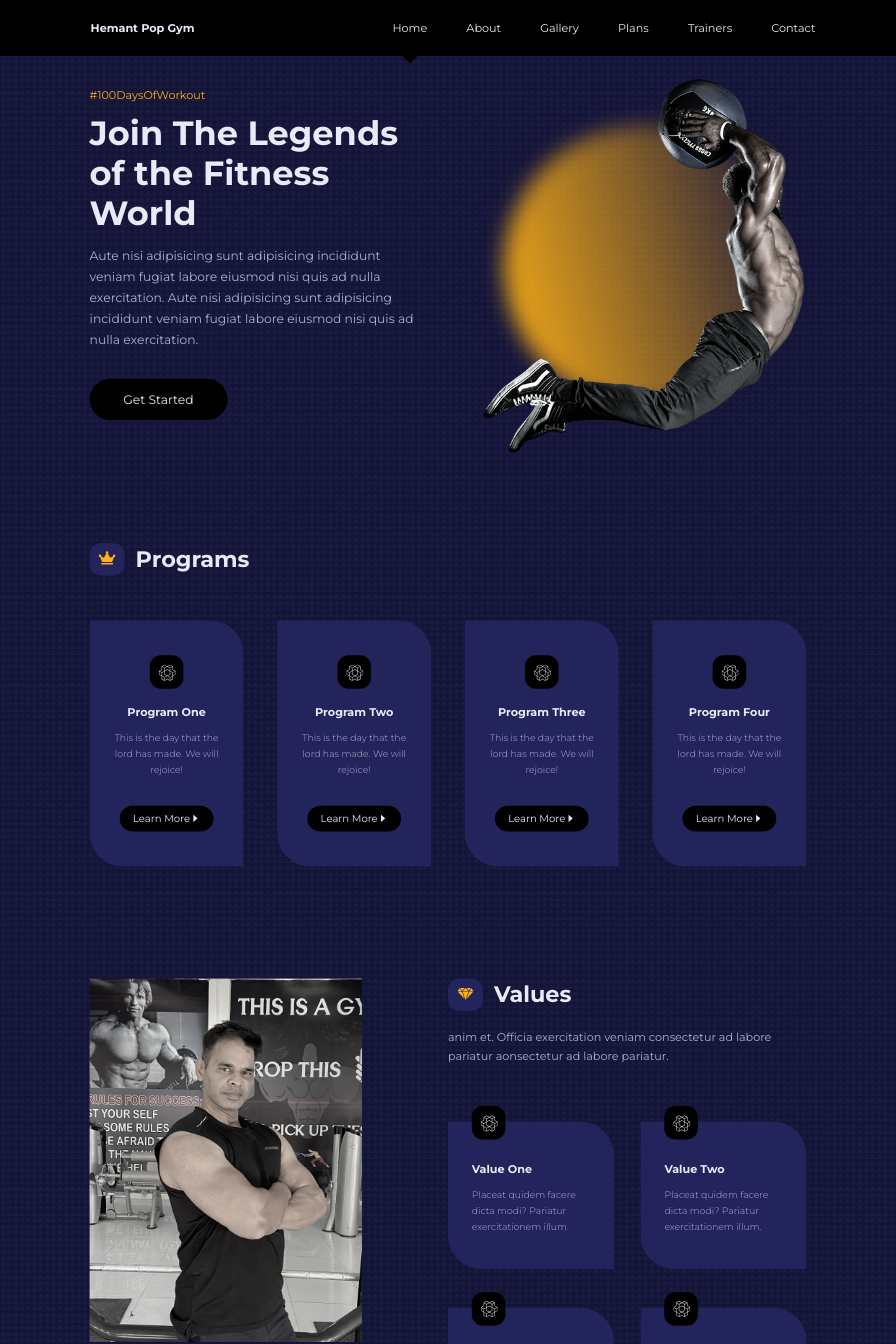
Repository: aryaMode/gym-portfolio
Page: /
An editor plug-in stored every save of this project. The page is shown before and after a run of saves, followed by the edit.
The browser window is 1280 px wide. The pictures show the part of the page from y = 0 to 1920 px (the page is 3960 px tall before and 3988 px after), at 70% of full size.
The project was rebuilt for these pictures with package versions that can differ from the ones it lists, and the page was loaded fresh each time. Also part of the build but not shown: src/pages/about/about.css, src/components/Header.jsx, src/pages/about/About.jsx, src/pages/contact/contact.css, src/pages/contact/Contact.jsx, src/pages/gallery/gallery.css, src/pages/gallery/Gallery.jsx, src/pages/notFound/notFound.css and 6 more.

Above is the page before, as saved 2023-07-20 16:25:26.

### public/index.html
<!DOCTYPE html>
<html lang="en">

<head>
    <meta charset="UTF-8">
    <meta http-equiv="X-UA-Compatible" content="IE=edge">
    <meta name="viewport" content="width=device-width, initial-scale=1.0">
    <title>Portfolio Website</title>
    <!-- GOOGLE FONTS (montserrat) -->
    <link href="https://fonts.googleapis.com/css2?family=Montserrat:wght@300;400;500;600;700&display=swap"
        rel="stylesheet">
</head>

<body>
    <div id="root"></div>
</body>

</html>

### src/App.jsx
// rafce -> shortcut to create component and export
import { BrowserRouter, Routes, Route } from "react-router-dom";
import React from "react";
import Home from "./pages/home/Home";
import About from "./pages/about/About";
import Contact from "./pages/contact/Contact";
import Gallery from "./pages/gallery/Gallery";
import NotFound from "./pages/notFound/NotFound";
import Plans from "./pages/plans/Plans";
import Trainers from "./pages/trainers/Trainers";
import Navbar from "./components/Navbar";
import Footer from "./components/Footer";

const App = () => {
	return (
		<BrowserRouter>
			<Navbar />
			<Routes>
				<Route index element={<Home />} />
				<Route path="about" element={<About />} />
				<Route path="contact" element={<Contact />} />
				<Route path="gallery" element={<Gallery />} />
				<Route path="plans" element={<Plans />} />
				<Route path="trainers" element={<Trainers />} />
				<Route path="*" element={<NotFound />} />
			</Routes>
			<Footer />
		</BrowserRouter>
	);
};

export default App;

### src/pages/home/Home.jsx
import React from "react";
import "./home.css";
import MainHeader from "../../components/MainHeader";
import Program from "../../components/Program";
import Values from "../../components/Values";
import FAQs from "../../components/FAQs";
import Testimonial from "../../components/Testimonial";
// import Footer from "../../components/Footer";

const Home = () => {
	return (
		<>
			<MainHeader />
			<Program />
			<Values />
			<FAQs />
			<Testimonial />
			{/* <Footer /> comment this out so footer wount be double */}
		</>
	);
};

export default Home;

### src/components/Navbar.jsx
import { useState } from "react";
import { Link, NavLink } from "react-router-dom";
// NavLink comes with an isactive prop which we can use to detect which page we on
// so we can have a special style for that link
import React from "react";
import Logo from "../images/logo.png";
import { links } from "../data";
import { GoThreeBars } from "react-icons/go";
import { MdOutlineClose } from "react-icons/md";
import "./navbar.css";

const Navbar = () => {
	const [isNavShowing, setIsNavShowing] = useState(false);

	const handleNavToggle = () => {
		return setIsNavShowing((prevVAlue) => {
			return !prevVAlue;
		});
	};

	return (
		<nav>
			<div className="container nav__container">
				<Link to="/" className="logo" onClick={handleNavToggle}>
					{/* <img src={Logo} alt="Nav-logo" /> */}
					<div>Hemant Pop Gym</div>
				</Link>
				<ul
					className={`nav__links ${isNavShowing ? "show__nav" : "hide__nav"}`}
				>
					{/* Destructure the links array of object from the links to get each item */}
					{links.map(({ name, path }, index) => {
						return (
							<li key={index}>
								<NavLink
									to={path}
									className={({ isActive }) => (isActive ? "active-nav" : "")}
									onClick={handleNavToggle}
								>
									{name}
								</NavLink>
							</li>
						);
					})}
				</ul>
				<button onClick={handleNavToggle} className="nav__toggle-btn">
					{isNavShowing ? <MdOutlineClose /> : <GoThreeBars />}
				</button>
			</div>
		</nav>
	);
};

export default Navbar;

// export PATH=$PATH:/home/daveworld/bin

### src/components/Footer.jsx
import React from "react";
import { Link } from "react-router-dom";
import Logo from "../images/logo.png";
import { FaLinkedin } from "react-icons/fa";
import { FaFacebookF } from "react-icons/fa";
import { AiOutlineTwitter } from "react-icons/ai";
import { AiFillInstagram } from "react-icons/ai";

const Footer = () => {
	return (
		<footer>
			<div className="container footer__container">
				<article>
					<Link to="/" className="logo">
						{/* <img src={Logo} alt="Footer Logo" /> */}
						<h1>Hemant Pop Gym</h1>
					</Link>
					<p>
						Consectetur non nostrud enim nostrud est culpa ullamco incididunt
						nisi. Consectetur non nostrud enim nostrud est culpa ullamco
						incididunt nisi.
					</p>
					<div className="footer__socials">
						<a
							href="https://www.linkedin.com/in/eniola-ademola-7386161a7/"
							target="_blank"
							rel="noreferrer noopener"
						>
							<FaLinkedin />
						</a>
						<a
							href="https://facebook.com/"
							target="_blank"
							rel="noreferrer noopener"
						>
							<FaFacebookF />
						</a>
						<a
							href="https://twitter.com/_daveworld"
							target="_blank"
							rel="noreferrer noopener"
						>
							<AiOutlineTwitter />
						</a>
						<a
							href="https://instagram.com/_daveworld"
							target="_blank"
							rel="noreferrer noopener"
						>
							<AiFillInstagram />
						</a>
					</div>
				</article>
				<article>
					<h4>Permalinks</h4>
					<Link to="/about">About</Link>
					<Link to="/plans">Plans</Link>
					<Link to="/trainers">Trainers</Link>
					<Link to="/gallery">Gallery</Link>
					<Link to="/contact">Contact</Link>
				</article>
				<article>
					<h4>Insights</h4>
					<Link to="/s">Blog</Link>
					<Link to="/s">Case Studies</Link>
					<Link to="/s">Events</Link>
					<Link to="/s">Communities</Link>
					<Link to="/constact">FAQs</Link>
				</article>
				<article>
					<h4>Get In Touch</h4>
					<Link to="/contact">Plans</Link>
					<Link to="/s">Trainers</Link>
				</article>
			</div>
			<div className="footer__copyright">
				<small> &copy; Eniola Ademola </small>
			</div>
		</footer>
	);
};

export default Footer;

### src/components/MainHeader.jsx
import React from "react";
import { Link } from "react-router-dom";
import Image from "../images/main_header.png";

const MainHeader = () => {
	return (
		<header className="main__header">
			<div className="container main__header-container">
				<div className="main__header-left">
					<h4>#100DaysOfWorkout</h4>
					<h1>Join The Legends of the Fitness World</h1>
					<p>
						Aute nisi adipisicing sunt adipisicing incididunt veniam fugiat
						labore eiusmod nisi quis ad nulla exercitation. Aute nisi
						adipisicing sunt adipisicing incididunt veniam fugiat labore eiusmod
						nisi quis ad nulla exercitation.
					</p>
					<Link to="/plans" className="btn lg">
						Get Started
					</Link>
				</div>
				<div className="main__header-right">
					<div className="main__header-circle"></div>
					<div className="main__header-image">
						<img src={Image} alt="MainHeaderImage" />
					</div>
				</div>
			</div>
		</header>
	);
};

export default MainHeader;

### src/components/Program.jsx
import React from "react";
import { FaCrown } from "react-icons/fa";
import SectionHead from "./SectionHead";
import { programs } from "../data";
import Card from "../UI/Card";
import { Link } from "react-router-dom";
import { AiFillCaretRight } from "react-icons/ai";

const Program = () => {
	return (
		<section className="programs">
			<div className="container programs container">
				<SectionHead icon={<FaCrown />} title="Programs" />

				<div className="program__wrapper">
					{programs.map(({ id, icon, title, info, path }) => {
						return (
							<Card className="programs__program" key={id}>
								<span>{icon}</span>
								<h4>{title}</h4>
								<small>{info}</small>
								<Link to={path} className="btn sm">
									Learn More <AiFillCaretRight />
								</Link>
							</Card>
						);
					})}
				</div>
			</div>
		</section>
	);
};

export default Program;

### src/components/Values.jsx
import React from "react";
import Image from "../images/values.jpg";
import SectionHead from "./SectionHead";
import { GiCutDiamond } from "react-icons/gi";
import { values } from "../data";
import Card from "../UI/Card";

const Values = () => {
	return (
		<section className="values">
			<div className="container values__container">
				<div className="values__left">
					<div className="values__image">
						<img src={Image} alt="values Image" />
					</div>
				</div>
				<div className="values__right">
					<SectionHead icon={<GiCutDiamond />} title="Values" />
					<p>
						anim et. Officia exercitation veniam consectetur ad labore pariatur
						aonsectetur ad labore pariatur.
					</p>
					<div className="values__wrapper">
						{values.map(({ id, icon, title, desc }) => {
							return (
								<Card className="values__value" key={id}>
									<span>{icon}</span>
									<h4>{title}</h4>
									<small>{desc}</small>
								</Card>
							);
						})}
					</div>
				</div>
			</div>
		</section>
	);
};

export default Values;

### src/components/FAQs.jsx
import React from "react";
import { FaQuestion } from "react-icons/fa";
import { faqs } from "../data";
import FAQ from "./FAQ";
import SectionHead from "./SectionHead";
const FAQs = () => {
	return (
		<section className="faqs">
			<div className="container faqs__container">
				<SectionHead icon={<FaQuestion />} title="FAQs" />
				<div className="faqs__wrapper">
					{faqs.map(({ id, question, answer }) => {
						return <FAQ key={id} question={question} answer={answer} />;
					})}
				</div>
			</div>
		</section>
	);
};

export default FAQs;

### src/components/Testimonial.jsx
import React, { useState } from "react";
import SectionHead from "./SectionHead";
import { ImQuotesLeft } from "react-icons/im";
import Card from "../UI/Card";
import {
	IoIosArrowDropleftCircle,
	IoIosArrowDroprightCircle,
} from "react-icons/io";
import { testimonials } from "../data";

const Testimonial = () => {
	const [index, setIndex] = useState(0);
	const { name, quote, job, avatar } = testimonials[index];

	const handlePreviousTestimonial = () => {
		setIndex((prevValue) => {
			return prevValue - 1;
		});
		if (index <= 0) {
			setIndex(testimonials.length - 1);
		}
	};
	const handleAfterTestimonial = () => {
		setIndex((prevValue) => {
			return prevValue + 1;
		});
		if (index >= testimonials.length - 1) {
			setIndex(0);
		}
	};

	return (
		<section className="testimonials">
			<div className="container testimonial__container">
				<SectionHead
					icon={<ImQuotesLeft />}
					title="Testimonials"
					className="testimonials__head"
				/>
				<Card className="testimonial">
					<div className="testimonial__avatar">
						<img src={avatar} alt={name} />
					</div>
					<p className="testimonial__quote">{`"${quote}"`}</p>
					<h5>{name}</h5>
					<small className="testimonial__title">{job}</small>
				</Card>
				<div className="testimonial__btn-container">
					<button
						className="testimonials__btn"
						onClick={handlePreviousTestimonial}
					>
						<IoIosArrowDropleftCircle />
					</button>
					<button
						className="testimonials__btn"
						onClick={handleAfterTestimonial}
					>
						<IoIosArrowDroprightCircle />
					</button>
				</div>
			</div>
		</section>
	);
};

export default Testimonial;

### src/UI/Card.jsx
import React from "react";

const Card = ({ className, children }) => {
	return <article className={`card ${className}`}>{children}</article>;
};

export default Card;

### src/components/navbar.css
nav{
    height: 5rem;
    width: 100vw; /*100% of the window/browser*/
    background: var(--color-primary);
    display: grid;
    place-items: center;
    position: fixed; /*commnt this to see hiden layers*/
    top: 0;
    left: 0;
    z-index: 99; /* makes sure it sit on all items*/
}

/* Only show on medium and small screens */
.nav__toggle-btn {
    display: none;
}

.nav__container {
    height: 100%;
    display: flex;
    justify-content: space-between;
    align-items: center;
    position: relative;
}

.logo{
    width: 50vw;
    font-size: 1rem;
    font-weight: bold;
    margin-right: 50px;
    display: flex;
}

.nav__links{
    display: flex;
    gap: 3.5rem;
    align-items: center;
}

.nav__links a {
    transition: var(--transition);
}

.nav__links a:hover {
    color: var(--color-secondary);
}

.active-nav {
    position: relative;
}

.active-nav::after{
    content: "";
    display: block;
    width: 1.2rem;
    height: 1.2rem;
    background-color: var(--color-primary);
    position: absolute;
    left: calc(50% - 0.6rem);
    transform: rotate(45deg);
    margin-top: 0.9rem;
}

 /******************** MEDIA QUERIES (mesium and small screens) ********************/
 @media screen and (max-width: 1024px) {
    .nav__toggle-btn {
        display: inline-block;
        background: transparent;
        font-size: 1.8rem;
        cursor: pointer;
    }

    .nav__toggle-btn svg{
        color: var(--color-gray-100);
    }

    .nav__links {
        position: absolute;
        top: 100%;
        right: 0;
        flex-direction: column;
        gap: 0;
        perspective: 400px;
    }

    .active-nav {
        display: none;
    }

    .active-nav, .active-nav::after{
        display: none;
    }

    .nav__links li {
        height: 4rem;
        width: 100%;
        box-shadow: -2rem 2rem 5rem rgba(0, 0, 0, 0.5);
        animation: navAnimation 600ms ease forwards;
        transform: rotateX(90deg);
        opacity: 0;
        transform-origin: top;
    }

    .nav__links li:nth-child(2) {
        animation-delay: 200ms;
    }
    .nav__links li:nth-child(3) {
        animation-delay: 400ms;
    }
    .nav__links li:nth-child(4) {
        animation-delay: 600ms;
    }
    .nav__links li:nth-child(5) {
        animation-delay: 800ms;
    }
    .nav__links li:nth-child(6) {
        animation-delay: 1s;
    }
    .nav__links li:nth-child(7) {
        animation-delay: 1.2s;
    }

    @keyframes navAnimation {
        to {
            transform: rotateX(0);
            opacity: 1;
        }
    }

    .nav__links li a {
        background-color: var(--color-primary);
        height: 100%;
        width: 100%;
        display: flex;
        align-items: center;
        padding: 1rem 5rem 1rem 3rem;
    }

    .show__nav {
        display: flex;
    }

    .hide__nav {
        display: none;
    }

 }

### src/components/SectionHead.jsx
import React from "react";

// A reuseable component for each section name
const SectionHead = ({ icon, title, className }) => {
	return (
		<div className={`section__head ${className}`}>
			<span>{icon}</span>
			<h2>{title}</h2>
		</div>
	);
};

export default SectionHead;

### src/components/FAQ.jsx
import React, { useState } from "react";
import { AiOutlinePlus } from "react-icons/ai";
import { AiOutlineMinus } from "react-icons/ai";

const FAQ = ({ question, answer }) => {
	const [isAnswerShowing, setIsAnswerShowing] = useState(false);

	const handleFAQ = () => {
		return setIsAnswerShowing((prevValue) => {
			return !prevValue;
		});
	};

	return (
		<article className="faq" onClick={handleFAQ}>
			<div>
				<h4>{question}</h4>
				<button className="faq__icon">
					{isAnswerShowing ? <AiOutlineMinus /> : <AiOutlinePlus />}
				</button>
			</div>
			{isAnswerShowing && <p>{answer}</p>}
		</article>
	);
};

export default FAQ;

Loaded but not shown: src/index.js (common file); src/data.js (320 lines, source omitted); src/pages/home/home.css (412 lines, source omitted); src/index.css (248 lines, source omitted)

After the next 2 saves:
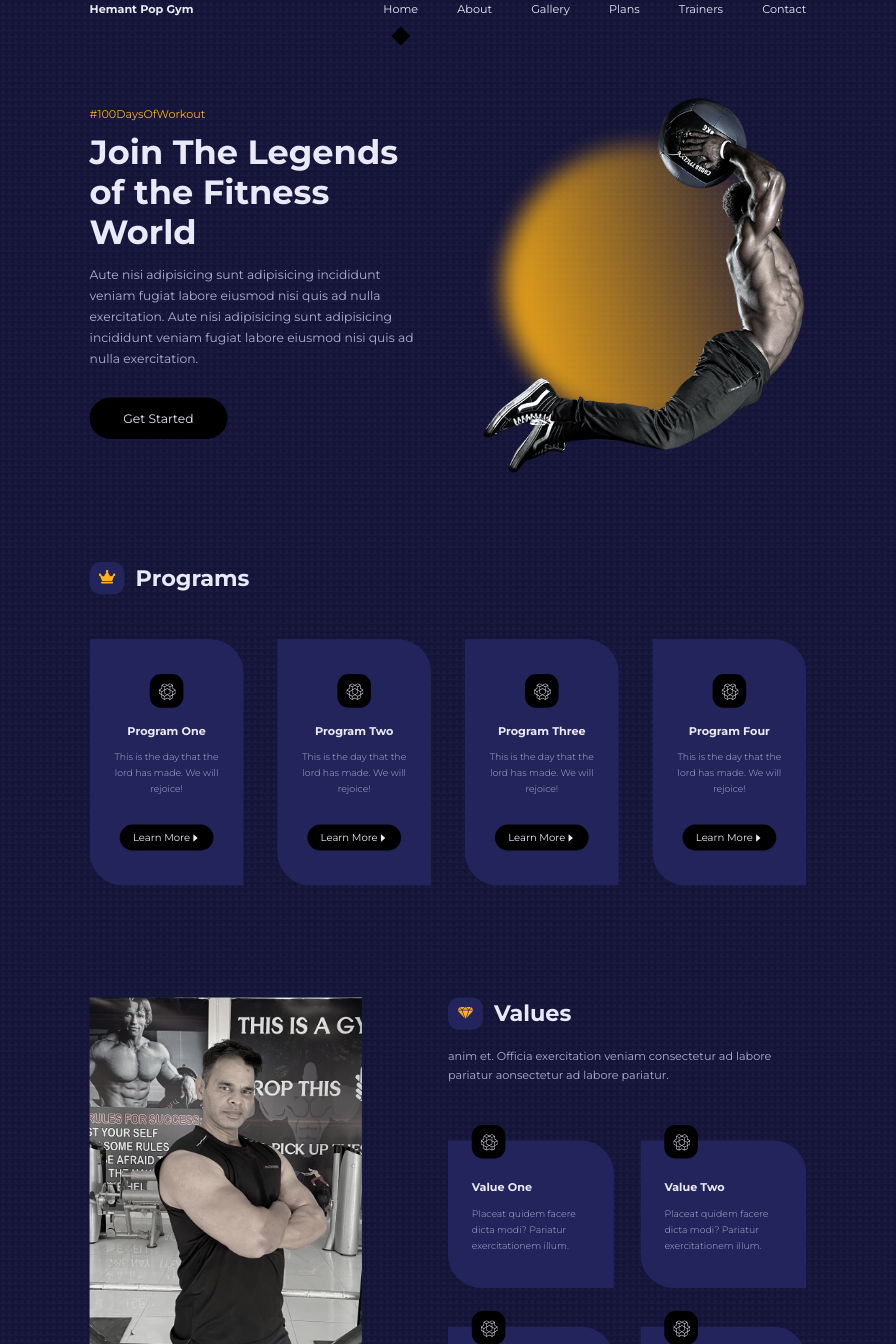
The 2 saves are shown as one change because they came seconds apart.
The last was saved 2 min 47 s later.
--- a/src/components/navbar.css
+++ b/src/components/navbar.css
@@ -1,3 +1,4 @@
+@use
 nav{
     height: 5rem;
     width: 100vw; /*100% of the window/browser*/

After the 2 saves that followed:
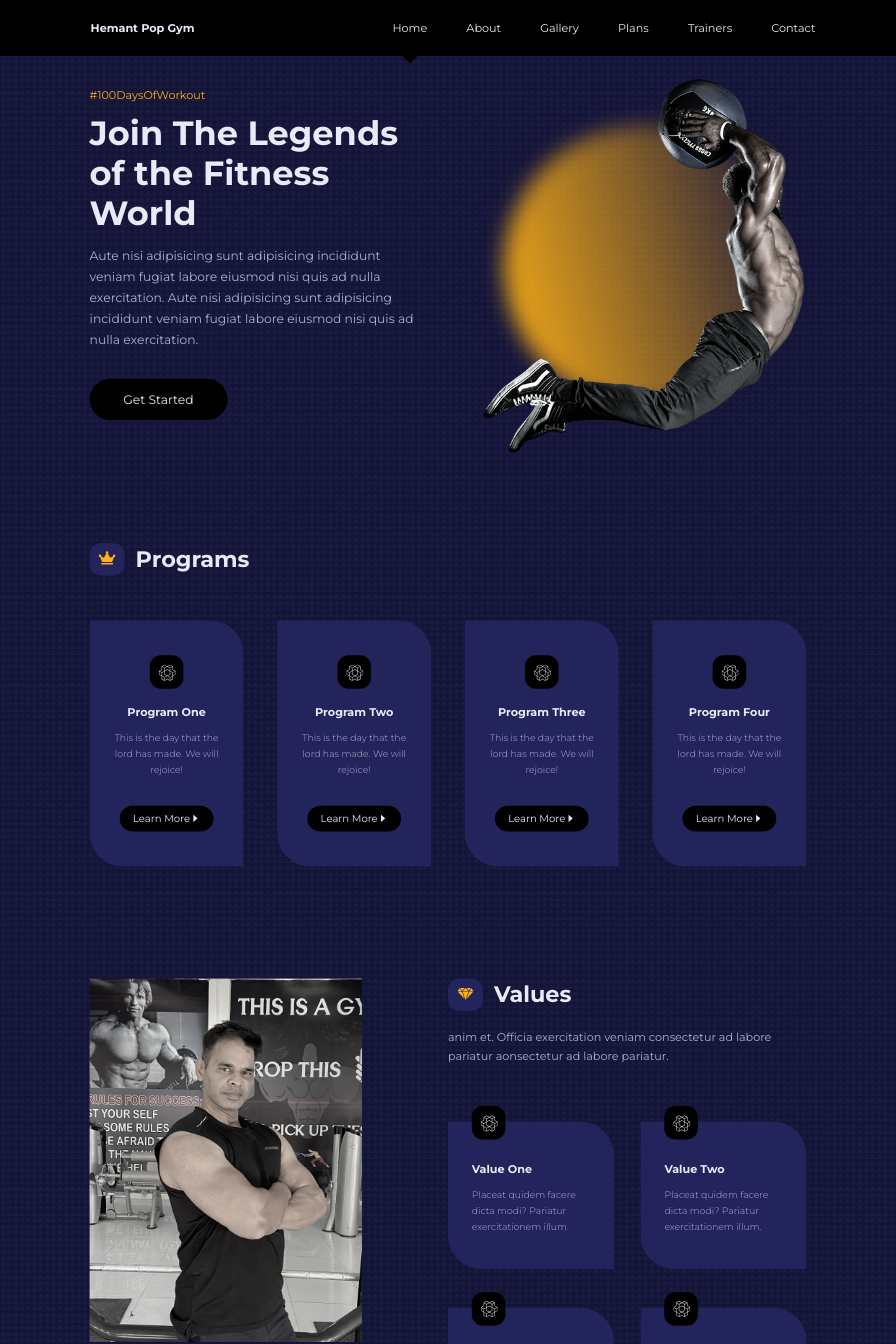
The 2 saves are shown as one change because they came seconds apart.
The last was saved 7 s later.
--- a/src/components/navbar.css
+++ b/src/components/navbar.css
@@ -1,4 +1,4 @@
-@use
+@use "sass:math";
 nav{
     height: 5rem;
     width: 100vw; /*100% of the window/browser*/
